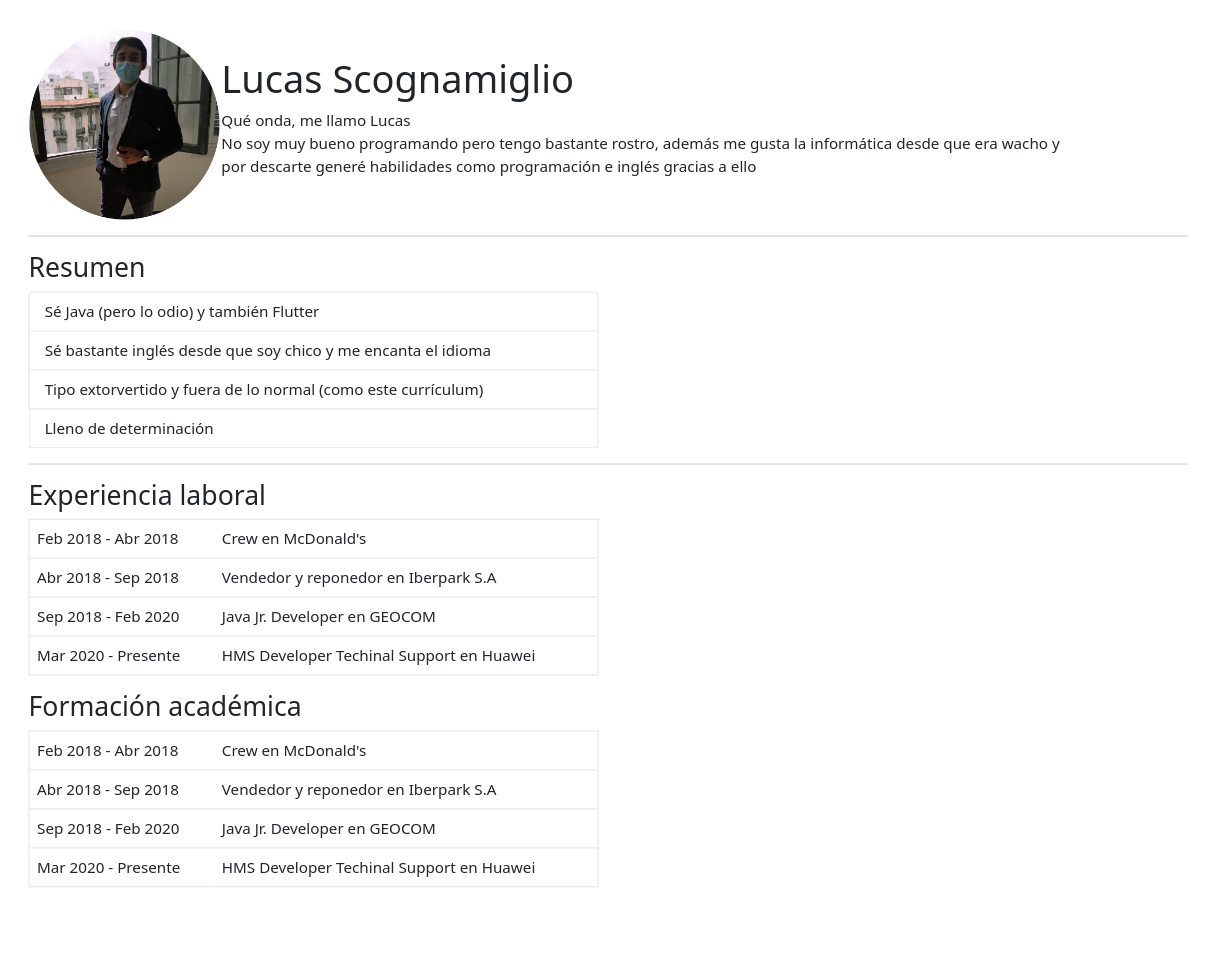
Repository: ScoggoDev/DesarrolloWeb
Page: tarea en equipo 1/cv.html
An editor plug-in stored every save of this project. The page is shown before and after the next save, followed by the edit.
The browser window is 1280 px wide. The pictures show the whole page, at 95% of full size.

Above is the page before, as saved 2021-07-07 21:47:01.

### tarea en equipo 1/cv.html
<!DOCTYPE html>
<html>
  <head>
    <meta charset="utf-8">
    <title>Lucas's Personal Site</title>
    <link href="https://cdn.jsdelivr.net/npm/bootstrap@5.0.2/dist/css/bootstrap.min.css" rel="stylesheet" integrity="sha384-EVSTQN3/azprG1Anm3QDgpJLIm9Nao0Yz1ztcQTwFspd3yD65VohhpuuCOmLASjC" crossorigin="anonymous">
    <script src="https://cdn.jsdelivr.net/npm/bootstrap@5.0.2/dist/js/bootstrap.bundle.min.js" integrity="sha384-MrcW6ZMFYlzcLA8Nl+NtUVF0sA7MsXsP1UyJoMp4YLEuNSfAP+JcXn/tWtIaxVXM" crossorigin="anonymous"></script>
  </head>
  <body style="margin: 30px;">
    <table cellspacing = "20">
      <td><img src="circle-cropped.png" alt="Lucas Scognamiglio" width="200" height="200"></td>
      <td>    <h1>Lucas Scognamiglio</h1>
          <p>Qué onda, me llamo Lucas<br> No soy muy bueno programando pero tengo bastante rostro, además me gusta la informática desde que era wacho y <br>por descarte generé habilidades como programación e inglés gracias a ello <br> </p></td>
    </table>

    <hr>
    <h3>Resumen</h3>
    <div style="width: 600px; ">
        <ul class="list-group">
            <li class="list-group-item">Sé Java (pero lo odio) y también Flutter</li>
            <li class="list-group-item">Sé bastante inglés desde que soy chico y me encanta el idioma</li>
            <li class="list-group-item">Tipo extorvertido y fuera de lo normal (como este currículum)</li>
            <li class="list-group-item">Lleno de determinación</li>
          </ul>
    </div>

    <hr>
    <h3>Experiencia laboral</h3>
    <table border="1" class="table" style="width: 600px;">
      <tr>
        <td>Feb 2018 - Abr 2018</td>
        <td>Crew en McDonald's</td>
      </tr>
      <tr>
        <td>Abr 2018 - Sep 2018</td>
        <td>Vendedor y reponedor en Iberpark S.A</td>
      </tr>
      <tr>
        <td>Sep 2018 - Feb 2020</td>
        <td>Java Jr. Developer en GEOCOM</td>
      </tr>
      <tr>
        <td>Mar 2020 - Presente</td>
        <td>HMS Developer Techinal Support en Huawei</td>
      </tr>
    </table>

    <h3>Formación académica</h3>
    <table border="1" class="table" style="width: 600px;">
      <tr>
        <td>Feb 2018 - Abr 2018</td>
        <td>Crew en McDonald's</td>
      </tr>
      <tr>
        <td>Abr 2018 - Sep 2018</td>
        <td>Vendedor y reponedor en Iberpark S.A</td>
      </tr>
      <tr>
        <td>Sep 2018 - Feb 2020</td>
        <td>Java Jr. Developer en GEOCOM</td>
      </tr>
      <tr>
        <td>Mar 2020 - Presente</td>
        <td>HMS Developer Techinal Support en Huawei</td>
      </tr>
    </table>

    <br>

    <br>
  </body>
</html>

After the next save:
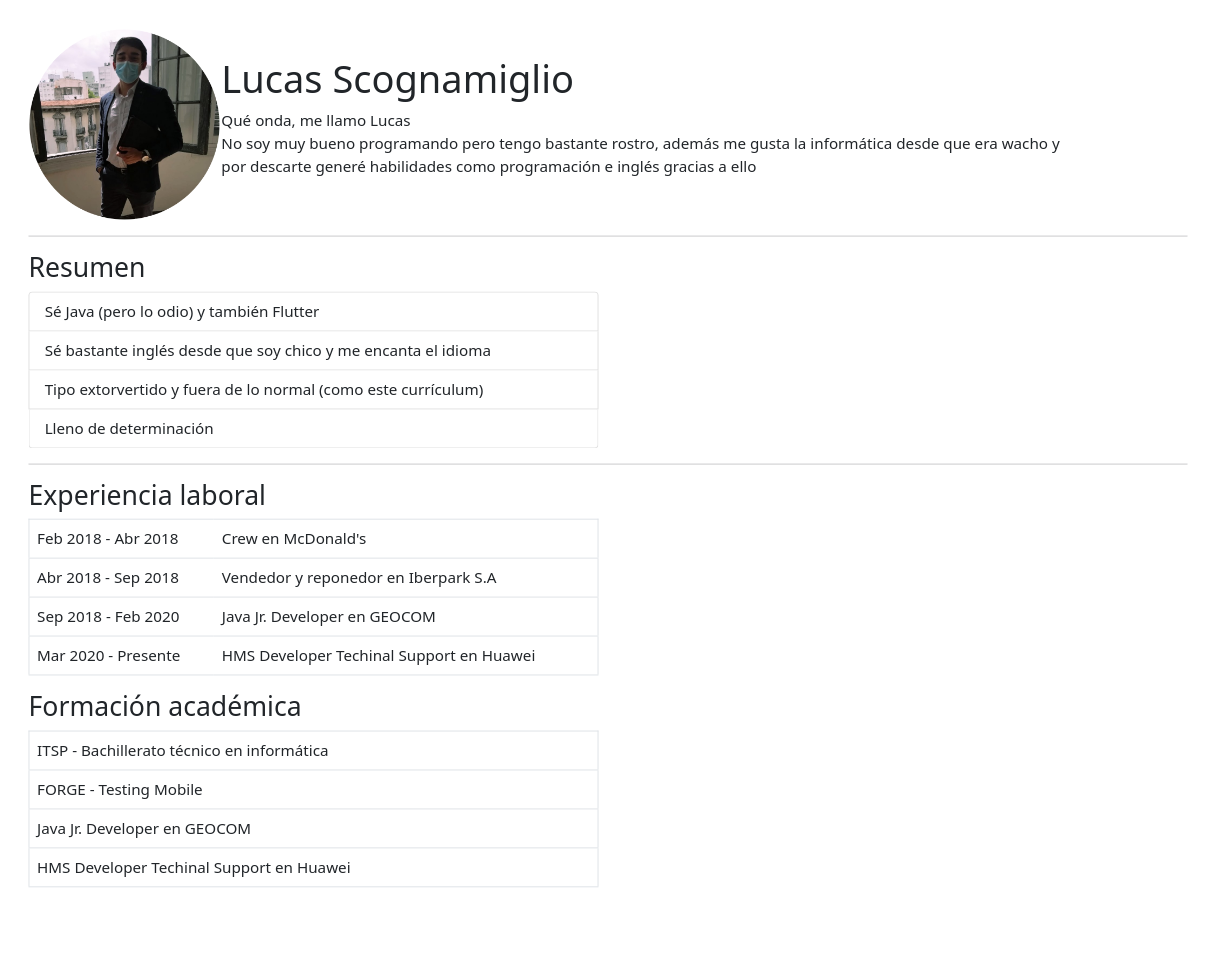
Saved 58 s later.
--- a/tarea en equipo 1/cv.html
+++ b/tarea en equipo 1/cv.html
@@ -48,19 +48,15 @@
     <h3>Formación académica</h3>
     <table border="1" class="table" style="width: 600px;">
       <tr>
-        <td>Feb 2018 - Abr 2018</td>
-        <td>Crew en McDonald's</td>
+        <td>ITSP - Bachillerato técnico en informática</td>
       </tr>
       <tr>
-        <td>Abr 2018 - Sep 2018</td>
-        <td>Vendedor y reponedor en Iberpark S.A</td>
+        <td>FORGE - Testing Mobile</td>
       </tr>
       <tr>
-        <td>Sep 2018 - Feb 2020</td>
         <td>Java Jr. Developer en GEOCOM</td>
       </tr>
       <tr>
-        <td>Mar 2020 - Presente</td>
         <td>HMS Developer Techinal Support en Huawei</td>
       </tr>
     </table>
